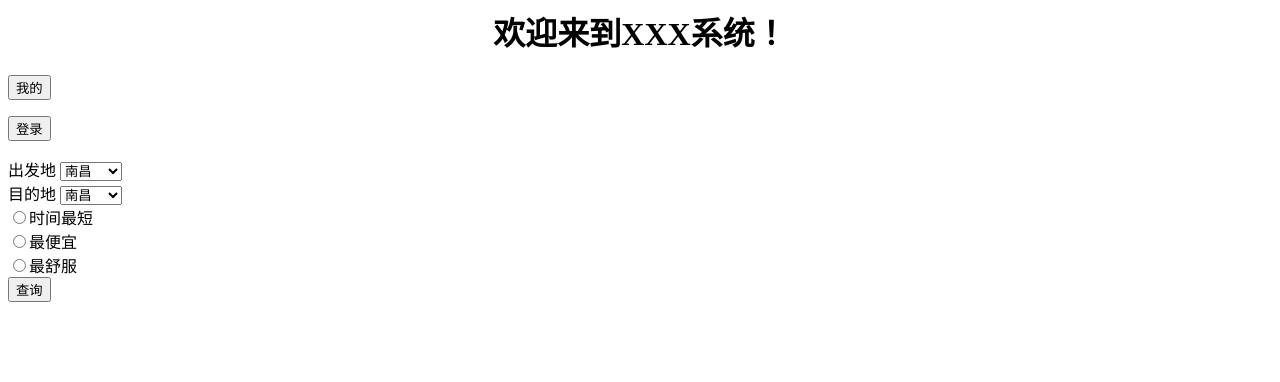
Repository: never-404/Intelligent-recommendation-system
Page: http://localhost/Intelligent-recommendation-system/mainpage.jsp
These files come from the project's save history. The page is drawn as it stood at one moment and after the next save; the edit follows.
The browser window is 1280 px wide. The pictures show the whole page.
The page is served by Tomcat 9. Nobody is signed in. The application's start-up code is not run. Other server files are loaded and not shown.

Above is the page before, as saved 2019-04-12 10:20:00.

### Intelligent-recommendation-system/WebRoot/mainpage.jsp
<%@ page language="java" contentType= "text/html;charset=gb2312" %>
<html>

	<head>
		<title>XXX系统</title>
	    <meta charset="utf-8">

		<style type="text/css">
		div.title
		{
			margin:auto;
			width:25%;
			background-color:#b0e0e6;
		}
		div.table
		{
			margin:auto;
			width:25%;
			background-color:#b0e0e6;
		}
		lable { float: left; width: 7em; margin-right:1em; text-align: right; }
		h1	  {text-align: center}

        div.a{
            text-align:center;
            vertical-align:middle;
        }
        img{max-width: 100%; height:auto;}

</style>
	</head>

	<body>

	<h1>欢迎来到XXX系统！</h1>
	<!-- 两者选其一显示 -->
	<form action = "mine.jsp" method = "post">
		<input type="submit" value ="我的">
	</form>

	<form action = "log.jsp" method = "post">
		<input type="submit" value ="登录">
	</form>

    	出发地
    	<select>
    		<option>南昌</option>
    		<option>北京</option>
    		<option>黑龙江</option>
    	</select>
        <br>

    	目的地
    	<select>
    		<option>南昌</option>
    		<option>北京</option>
    		<option>黑龙江</option>
    	</select>
        <br>

	<input type="radio" name="selection">时间最短<br>
	<input type="radio" name="selection">最便宜<br>
	<input type="radio" name="selection">最舒服<br>

	<form action = "result.jsp" method = "post">
		<input type="submit" value ="查询">
	</form>



	</body>


</html>

After the next save:
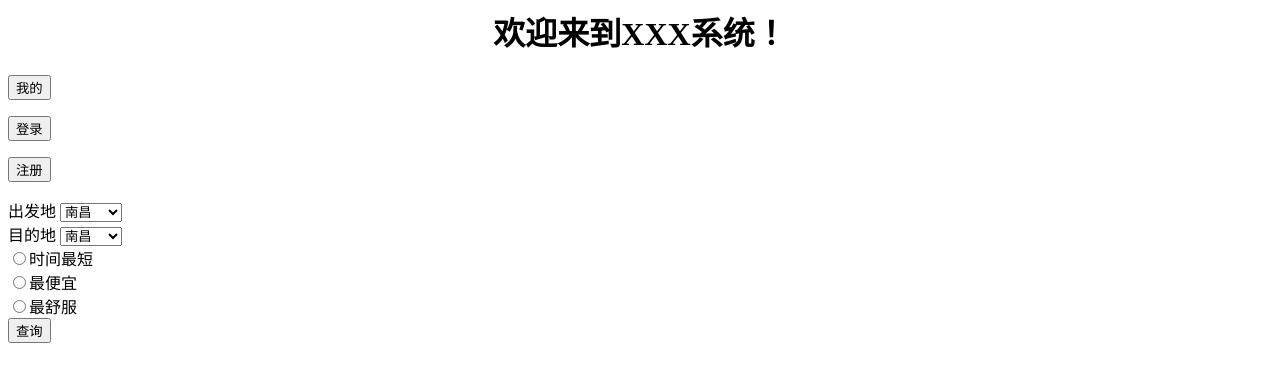
Saved 83 s later.
--- a/Intelligent-recommendation-system/WebRoot/mainpage.jsp
+++ b/Intelligent-recommendation-system/WebRoot/mainpage.jsp
@@ -42,6 +42,10 @@
 		<input type="submit" value ="登录">
 	</form>
 
+	<form action = "register.jsp" method = "post">
+		<input type="submit" value ="注册">
+	</form>
+
     	出发地
     	<select>
     		<option>南昌</option>
